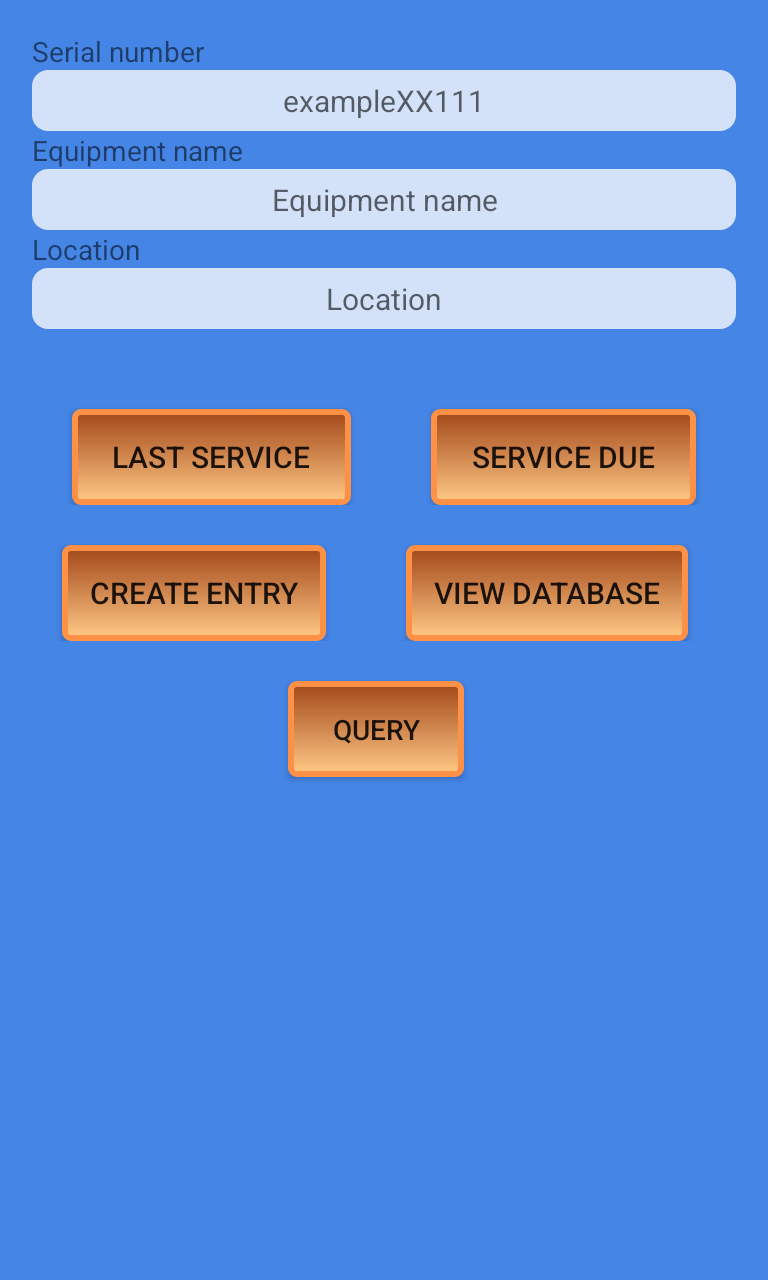
Repository: procmillie/AppKeepV9.12.14
Layout: StupidApp/res/layout/activity_database__home123.xml
These files come from the project's save history. The layout is drawn as it stood at one moment and after the next save; the edit follows.
It is drawn on a 768 x 1280 px phone screen (xhdpi) without system bars, with theme AppTheme; the app's code is not run. The app's manifest (not shown) leaves right-to-left support off. So textAlignment, textDirection and layoutDirection are ignored, and left and right values win over start and end ones.

Above is the layout before, as saved 2014-11-25 18:48:03.

After the next save:
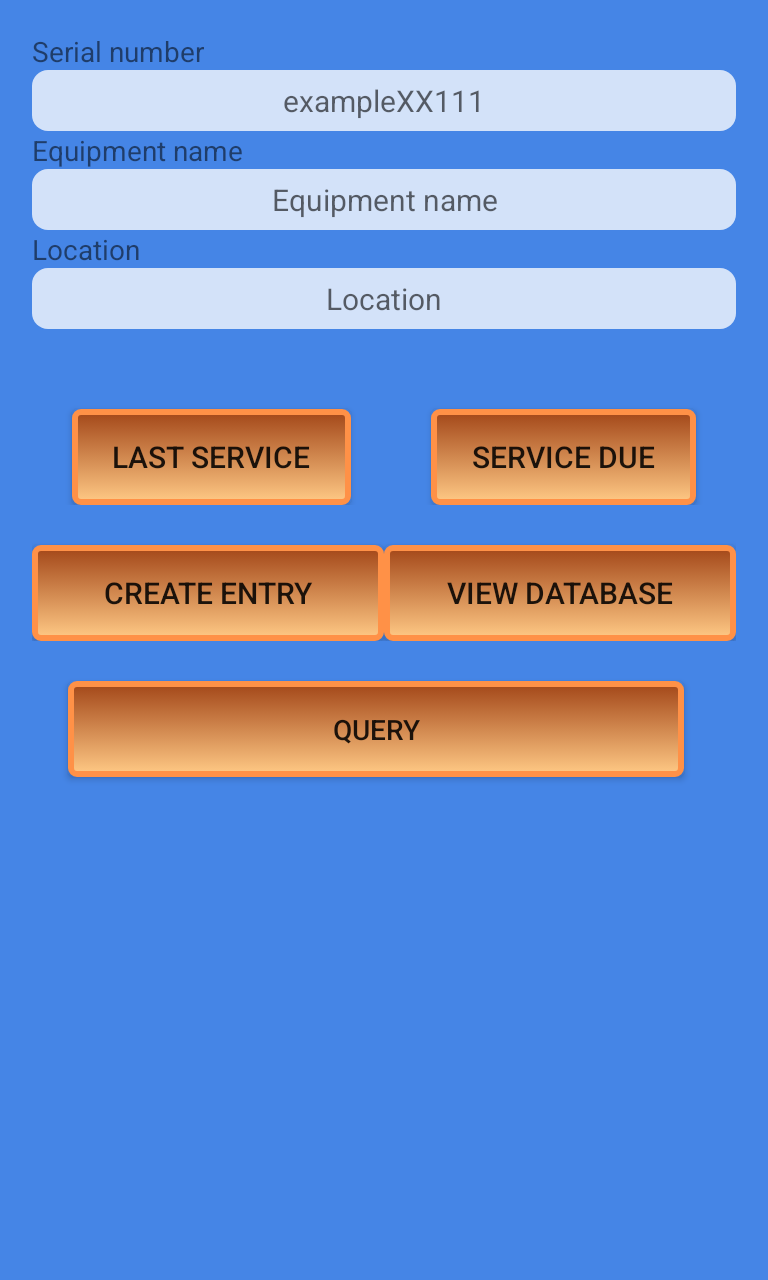
Saved 30 min 31 s later.
--- a/StupidApp/res/layout/activity_database__home123.xml
+++ b/StupidApp/res/layout/activity_database__home123.xml
@@ -122,49 +122,44 @@
     <LinearLayout
         android:layout_width="match_parent"
         android:layout_height="wrap_content"
-        android:orientation="horizontal" >
+        android:orientation="horizontal"
+        android:weightSum="100">
 
         <!-- Button to input database -->
 
         <Button
             android:id="@+id/bn_db_input"
-            android:layout_width="wrap_content"
+            android:layout_width="match_parent"
             android:layout_height="wrap_content"
-            android:layout_marginTop="20dp"
-            android:layout_marginEnd="20dp"
-            android:layout_marginRight="20dp"
-            android:layout_marginStart="15dp"
-            android:layout_marginLeft="15dp"
-            android:layout_weight="1"
+            android:layout_marginTop="20"
+            android:layout_weight="50"
             android:background="@drawable/button_style"
             android:paddingLeft="4dp"
             android:paddingRight="4dp"
             android:text="@string/create_entry"
+
             android:textSize="15sp" />
 
-        <!-- Button to edit database -->
+        <!-- Button to view database -->
 
         <Button
             android:id="@+id/bn_db_view"
-            android:layout_width="wrap_content"
+            android:layout_width="match_parent"
             android:layout_height="wrap_content"
-            android:layout_marginRight="24dp"
-            android:layout_marginEnd="24dp"
-            android:layout_marginLeft="20dp"
-            android:layout_marginStart="20dp"
-            android:layout_marginTop="20dp"
-            android:layout_weight="1"
+            android:layout_marginTop="20"
+
             android:background="@drawable/button_style"
             android:paddingLeft="4dp"
             android:paddingRight="4dp"
             android:text="@string/view_db"
+            android:layout_weight="50"
             android:textSize="15sp" />
 
     </LinearLayout>
 
     <Button
         android:id="@+id/bn_db_set_query"
-        android:layout_width="wrap_content"
+        android:layout_width="match_parent"
         android:layout_height="wrap_content"
         android:layout_marginEnd="24dp"
         android:layout_marginLeft="20dp"
